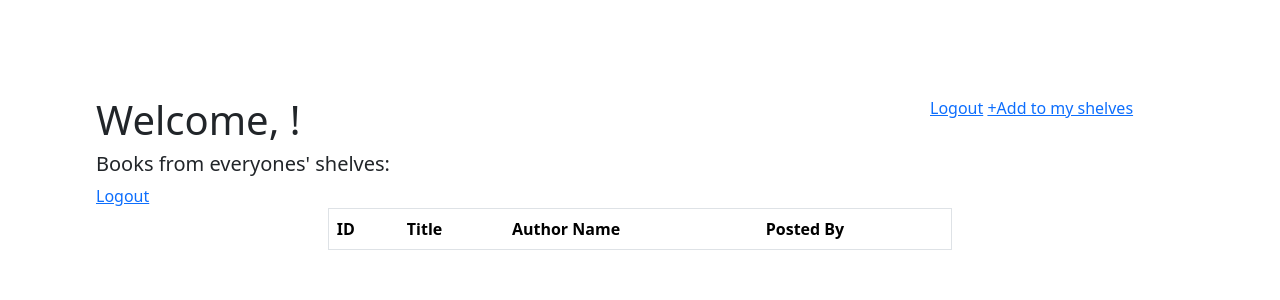
Repository: ShathaMorales/Java-Stack
Page: http://localhost/LoginRegistration/WEB-INF/home.jsp
An editor plug-in stored every save of this project. The page is shown before and after the next save, followed by the edit.
The browser window is 1280 px wide. The pictures show the whole page.
The page is served by Tomcat 10. Nobody is signed in. The template is opened directly, without the code that normally fills it, so the values that code supplies are empty.

Above is the page before, as saved 2023-05-12 13:15:50.

After the next save:
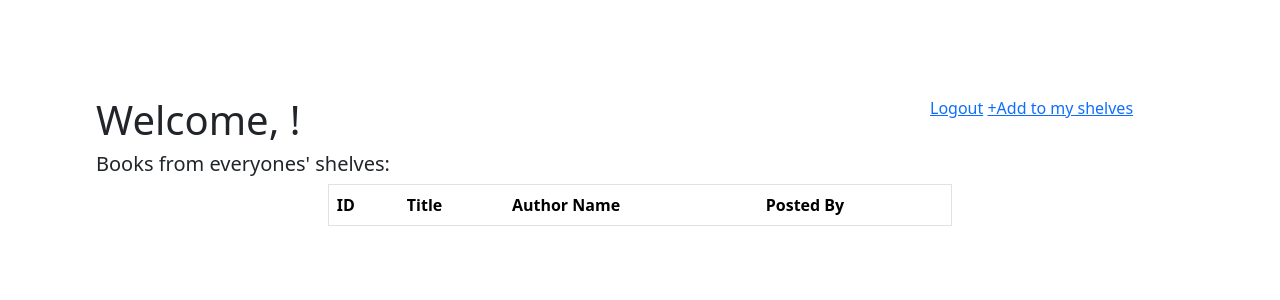
Saved 2 min 22 s later.
--- a/_java/FullSpring/BookClub/LoginRegistration/src/main/webapp/WEB-INF/home.jsp
+++ b/_java/FullSpring/BookClub/LoginRegistration/src/main/webapp/WEB-INF/home.jsp
@@ -20,7 +20,7 @@
             <div class = "col-5 ">
                 <h1>Welcome, <c:out value="${thisUser.userName}"></c:out>!</h1>
                 <h5>Books from everyones' shelves:</h5>
-                <a href="/logout">Logout</a>
+                <!-- <a href="/logout">Logout</a> -->
             </div>
               <div class = "col-3 ">
               <a href="/logout">Logout</a>

After the save that followed:
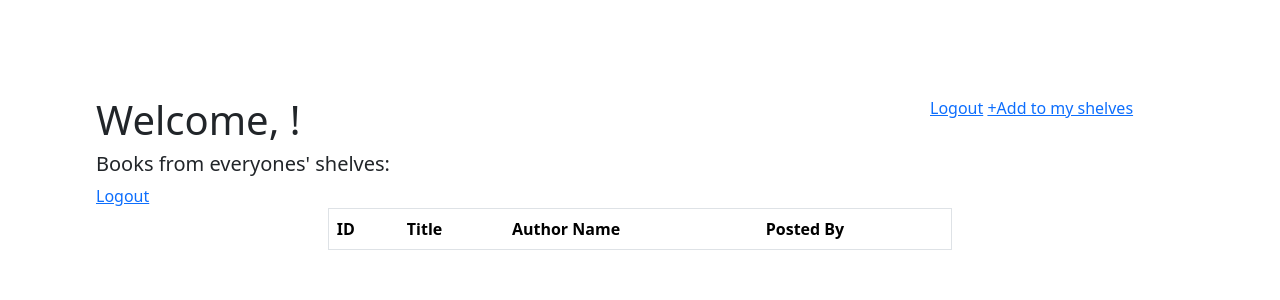
Saved 29 s later.
--- a/_java/FullSpring/BookClub/LoginRegistration/src/main/webapp/WEB-INF/home.jsp
+++ b/_java/FullSpring/BookClub/LoginRegistration/src/main/webapp/WEB-INF/home.jsp
@@ -20,7 +20,7 @@
             <div class = "col-5 ">
                 <h1>Welcome, <c:out value="${thisUser.userName}"></c:out>!</h1>
                 <h5>Books from everyones' shelves:</h5>
-                <!-- <a href="/logout">Logout</a> -->
+                <a href="/logout">Logout</a>
             </div>
               <div class = "col-3 ">
               <a href="/logout">Logout</a>
